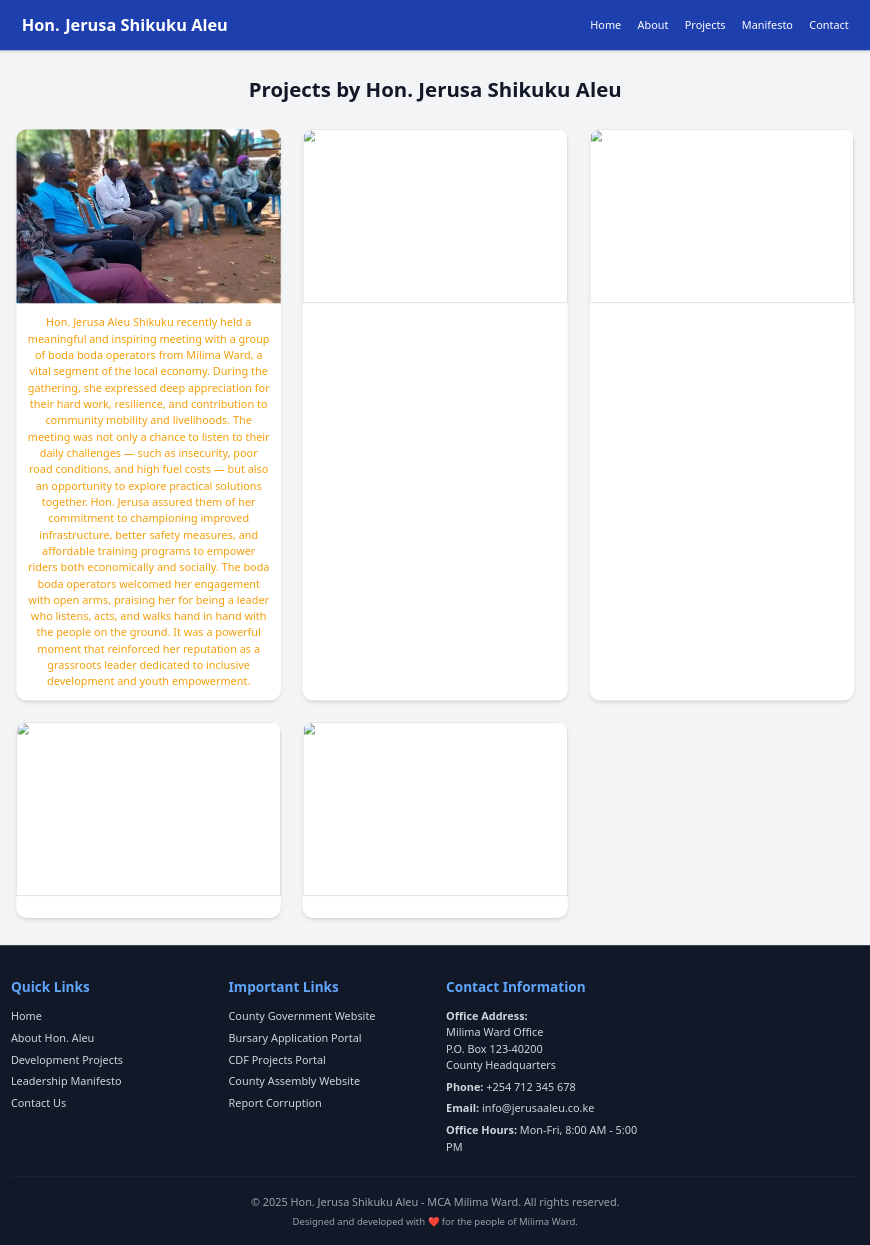
Repository: Engineer-collo/Hon_Jerusa_Shikuku_Aleu
Page: /projects
An editor plug-in stored every save of this project. The page is shown before and after a run of saves, followed by the edit.
The browser window is 1280 px wide. The pictures show the whole page, at 68% of full size.
The project was rebuilt for these pictures with package versions that can differ from the ones it lists, and the page was loaded fresh each time. Also part of the build but not shown: vite.config.js, src/Hero.jsx, src/Home.jsx, src/About.jsx, src/Manifesto.jsx, src/Contact.jsx.

Above is the page before, as saved 2025-07-18 17:19:27.

### index.html
<!DOCTYPE html>
<html lang="en">
<head>
  <meta charset="UTF-8">
  <meta name="viewport" content="width=device-width, initial-scale=1.0">
  <title>React Vite Starter</title>
</head>
<body class="bg-gray-100">
  <div id="root"></div>
  <script type="module" src="/src/main.jsx"></script>
</body>
</html>

### src/main.jsx
import React from 'react'
import ReactDOM from 'react-dom/client'
import './index.css'
import App from './App'

ReactDOM.createRoot(document.getElementById('root')).render(
  <React.StrictMode>
    <App />
  </React.StrictMode>,
)

### src/App.jsx
import React from 'react';
import { BrowserRouter as Router, Routes, Route } from 'react-router-dom';
import Footer from './Footer';
import Navbar from './Navbar';
import Homepage from './Home';
import About from './About';
import Projects from './Projects';
import Manifesto from './Manifesto';
import Contact from './Contact';

function App() {
  return (
    <Router>
      <div className="min-h-screen w-full overflow-x-hidden bg-gray-50 flex flex-col">
        <Navbar />
        <div className="flex-1 flex flex-col">
          <Routes>
            <Route path="/" element={<Homepage />} />
            <Route path="/about" element={<About />} />
            <Route path="/projects" element={<Projects />} />
            <Route path="/manifesto" element={<Manifesto />} />
            <Route path="/contact" element={<Contact />} />
          </Routes>
        </div>
        <Footer />
      </div>
    </Router>
  );
}

export default App;

### src/Footer.jsx
import React from 'react';
import { Link } from 'react-router-dom';

const Footer = () => {
  return (
    <footer className="bg-gray-900 text-white pt-12 pb-6 w-full">
      <div className="w-full px-4">
        <div className="grid grid-cols-1 md:grid-cols-2 lg:grid-cols-4 gap-8 w-full">


          {/* Quick Links */}
          <div>
            <h3 className="text-xl font-bold mb-4 text-blue-400">Quick Links</h3>
            <ul className="space-y-2">
              <li>
                <Link to="/" className="text-gray-300 hover:text-white transition-colors duration-300">
                  Home
                </Link>
              </li>
              <li>
                <Link to="/about" className="text-gray-300 hover:text-white transition-colors duration-300">
                  About Hon. Aleu
                </Link>
              </li>
              <li>
                <Link to="/projects" className="text-gray-300 hover:text-white transition-colors duration-300">
                  Development Projects
                </Link>
              </li>
              <li>
                <Link to="/manifesto" className="text-gray-300 hover:text-white transition-colors duration-300">
                  Leadership Manifesto
                </Link>
              </li>
              <li>
                <Link to="/contact" className="text-gray-300 hover:text-white transition-colors duration-300">
                  Contact Us
                </Link>
              </li>
            </ul>
          </div>

          {/* Important Links */}
          <div>
            <h3 className="text-xl font-bold mb-4 text-blue-400">Important Links</h3>
            <ul className="space-y-2">
              <li>
                <a href="#" className="text-gray-300 hover:text-white transition-colors duration-300">
                  County Government Website
                </a>
              </li>
              <li>
                <a href="#" className="text-gray-300 hover:text-white transition-colors duration-300">
                  Bursary Application Portal
                </a>
              </li>
              <li>
                <a href="#" className="text-gray-300 hover:text-white transition-colors duration-300">
                  CDF Projects Portal
                </a>
              </li>
              <li>
                <a href="#" className="text-gray-300 hover:text-white transition-colors duration-300">
                  County Assembly Website
                </a>
              </li>
              <li>
                <a href="#" className="text-gray-300 hover:text-white transition-colors duration-300">
                  Report Corruption
                </a>
              </li>
            </ul>
          </div>

          {/* Contact Info */}
          <div>
            <h3 className="text-xl font-bold mb-4 text-blue-400">Contact Information</h3>
            <address className="not-italic text-gray-300">
              <div className="mb-2">
                <strong>Office Address:</strong><br />
                Milima Ward Office<br />
                P.O. Box 123-40200<br />
                County Headquarters
              </div>
              <div className="mb-2">
                <strong>Phone:</strong> +254 712 345 678
              </div>
              <div className="mb-2">
                <strong>Email:</strong> info@jerusaaleu.co.ke
              </div>
              <div>
                <strong>Office Hours:</strong> Mon-Fri, 8:00 AM - 5:00 PM
              </div>
            </address>
          </div>
        </div>

        {/* Copyright */}
        <div className="border-t border-gray-800 mt-8 pt-6 text-center text-gray-400">
          <p>
            &copy; {new Date().getFullYear()} Hon. Jerusa Shikuku Aleu - MCA Milima Ward. All rights reserved.
          </p>
          <p className="mt-2 text-sm">
            Designed and developed with ❤️ for the people of Milima Ward.
          </p>
        </div>
      </div>
    </footer>
  );
};

export default Footer;

### src/Navbar.jsx
import React from 'react';
import { Link } from 'react-router-dom';

const Navbar = () => {
  return (
    <nav style={{
      backgroundColor: '#1e40af',
      color: 'white',
      padding: '1rem 2rem',
      display: 'flex',
      justifyContent: 'space-between',
      alignItems: 'center',
      boxShadow: '0 2px 4px rgba(0,0,0,0.1)',
      position: 'sticky',
      top: '0',
      zIndex: '100'
    }}>
      {/* Logo/Brand */}
      <div style={{
        display: 'flex',
        alignItems: 'center'
      }}>
        <Link to="/" style={{
          fontSize: '1.5rem',
          fontWeight: 'bold',
          color: 'white',
          textDecoration: 'none',
          display: 'flex',
          alignItems: 'center'
        }}>
          <span style={{ marginRight: '0.5rem' }}>Hon.</span>
          <span>Jerusa Shikuku Aleu</span>
        </Link>
      </div>

      {/* Mobile Menu Button (hidden on desktop) */}
      <button style={{
        display: 'none',
        backgroundColor: 'transparent',
        border: 'none',
        color: 'white',
        fontSize: '1.5rem',
        cursor: 'pointer'
      }}>
        ☰
      </button>

      {/* Navigation Links */}
      <div style={{
        display: 'flex',
        gap: '1.5rem'
      }}>
        <Link to="/" style={{
          color: 'white',
          textDecoration: 'none',
          fontWeight: '500',
          padding: '0.5rem 0',
          borderBottom: '2px solid transparent',
          transition: 'border-color 0.3s ease',
          ':hover': {
            borderBottom: '2px solid white'
          }
        }}>
          Home
        </Link>
        <Link to="/about" style={{
          color: 'white',
          textDecoration: 'none',
          fontWeight: '500',
          padding: '0.5rem 0',
          borderBottom: '2px solid transparent',
          transition: 'border-color 0.3s ease',
          ':hover': {
            borderBottom: '2px solid white'
          }
        }}>
          About
        </Link>
        <Link to="/projects" style={{
          color: 'white',
          textDecoration: 'none',
          fontWeight: '500',
          padding: '0.5rem 0',
          borderBottom: '2px solid transparent',
          transition: 'border-color 0.3s ease',
          ':hover': {
            borderBottom: '2px solid white'
          }
        }}>
          Projects
        </Link>
        <Link to="/manifesto" style={{
          color: 'white',
          textDecoration: 'none',
          fontWeight: '500',
          padding: '0.5rem 0',
          borderBottom: '2px solid transparent',
          transition: 'border-color 0.3s ease',
          ':hover': {
            borderBottom: '2px solid white'
          }
        }}>
          Manifesto
        </Link>
        <Link to="/contact" style={{
          color: 'white',
          textDecoration: 'none',
          fontWeight: '500',
          padding: '0.5rem 0',
          borderBottom: '2px solid transparent',
          transition: 'border-color 0.3s ease',
          ':hover': {
            borderBottom: '2px solid white'
          }
        }}>
          Contact
        </Link>
      </div>
    </nav>
  );
};

export default Navbar;

### src/Projects.jsx
import React from 'react';

const images = [
  {
    src: '/bodaboda.jpeg',
    description: 'Hon. Jerusa Aleu Shikuku recently held a meaningful and inspiring meeting with a group of boda boda operators from Milima Ward, a vital segment of the local economy. During the gathering, she expressed deep appreciation for their hard work, resilience, and contribution to community mobility and livelihoods. The meeting was not only a chance to listen to their daily challenges — such as insecurity, poor road conditions, and high fuel costs — but also an opportunity to explore practical solutions together. Hon. Jerusa assured them of her commitment to championing improved infrastructure, better safety measures, and affordable training programs to empower riders both economically and socially. The boda boda operators welcomed her engagement with open arms, praising her for being a leader who listens, acts, and walks hand in hand with the people on the ground. It was a powerful moment that reinforced her reputation as a grassroots leader dedicated to inclusive development and youth empowerment.',
  },
  {
    src: '',
    description: '',
  },
  {
    src: '',
    description: '',
  },
  {
    src: '',
    description: '',
  },
  {
    src: '',
    description: '',
  },
];

const ProjectImages = () => {
  return (
    <div className="min-h-screen px-6 py-10 bg-gray-100 dark:bg-gray-900 text-gray-900 dark:text-white">
      <h1 className="text-3xl font-bold text-center mb-10">Projects by Hon. Jerusa Shikuku Aleu </h1>
      <div className="grid grid-cols-1 sm:grid-cols-2 lg:grid-cols-3 gap-8">
        {images.map((img, index) => (
          <div
            key={index}
            className="bg-white dark:bg-gray-800 rounded-2xl shadow-md overflow-hidden"
          >
            <img
              src={img.src}
              alt={img.description}
              className="w-full h-64 object-cover"
            />
            <div className="p-4">
              <p className="text-center text-amber-500 font-medium">
                {img.description}
              </p>
            </div>
          </div>
        ))}
      </div>
    </div>
  );
};

export default ProjectImages;
















// import React from 'react';
// import { Helmet } from 'react-helmet';
// import { FaSchool, FaClinicMedical, FaRoad, FaTractor, FaFutbol, FaHandsHelping } from 'react-icons/fa';

// const Project = () => {
//   const projects = {
//     education: [
//       {
//         title: "Nabingenge Institute Classrooms",
//         description: "Constructed 4 new classrooms and renovated 2 existing ones at Nabingenge Institute, increasing student capacity by 40%",
//         location: "Nabingenge Village",
//         year: "2022",
//         status: "Completed"
//       },
//       {
//         title: "Milima Primary School Library",
//         description: "Established a modern library with 1,500 textbooks and reading materials for students",
//         location: "Milima Township",
//         year: "2021",
//         status: "Completed"
//       },
//       {
//         title: "ECD Centers Construction",
//         description: "Built 3 new Early Childhood Development centers across the ward with proper sanitation facilities",
//         location: "Kiburu, Cheptais, Nalondo",
//         year: "2023",
//         status: "Ongoing"
//       }
//     ],
//     healthcare: [
//       {
//         title: "Milima Dispensary Upgrade",
//         description: "Upgraded to a health center with maternity wing and laboratory services",
//         location: "Milima Township",
//         year: "2021",
//         status: "Completed"
//       },
//       {
//         title: "Mobile Clinic Program",
//         description: "Monthly mobile clinic serving remote areas with doctor consultations and free medicines",
//         location: "Various locations",
//         year: "2022-Present",
//         status: "Ongoing"
//       }
//     ],
//     infrastructure: [
//       {
//         title: "Mfupi to Mukuyuni Road",
//         description: "Graded and improved 8km road connecting 3 villages to the main highway",
//         location: "Mfupi to Mukuyuni",
//         year: "2024",
//         status: "Completed"
//       },
//       {
//         title: "Community Boreholes",
//         description: "Drilled 5 boreholes providing clean water to over 2,000 households",
//         location: "Cheptais, Nalondo, Kiburu",
//         year: "2023-2025",
//         status: "Completed"
//       },
//       {
//         title: "Market Shades Construction",
//         description: "Built 3 market shades with proper drainage and lighting for traders",
//         location: "Milima, Kiburu, Cheptais",
//         year: "2023",
//         status: "Ongoing"
//       }
//     ],
//     agriculture: [
//       {
//         title: "Dairy Cooperative Support",
//         description: "Established cooperative with 2 milk cooling plants serving 150 farmers",
//         location: "Milima Ward",
//         year: "2024",
//         status: "Completed"
//       },
//       {
//         title: "Seed & Fertilizer Subsidy",
//         description: "Provided subsidized farm inputs to 500 small-scale farmers annually",
//         location: "Ward-wide",
//         year: "2024-Present",
//         status: "Ongoing"
//       }
//     ],
//     sports: [
//       {
//         title: "Youth Talent Academy",
//         description: "Established football and volleyball academy with coaching and equipment",
//         location: "Milima Sports Ground",
//         year: "2022",
//         status: "Ongoing"
//       },
//       {
//         title: "Community Sports Kits",
//         description: "Distributed sports equipment to 10 youth groups across the ward",
//         location: "Various locations",
//         year: "2023",
//         status: "Completed"
//       }
//     ],
//     social: [
//       {
//         title: "Women Empowerment Fund",
//         description: "Disbursed Ksh 2.5 million in grants to 50 women groups for small businesses",
//         location: "Ward-wide",
//         year: "2021-2023",
//         status: "Ongoing"
//       },
//       {
//         title: "Elderly Support Program",
//         description: "Monthly food packages and medical support for 100 elderly citizens",
//         location: "Ward-wide",
//         year: "2022-Present",
//         status: "Ongoing"
//       }
//     ]
//   };

//   const ProjectCard = ({ project }) => (
//     <div className="bg-white rounded-lg shadow-md overflow-hidden border border-gray-200 hover:shadow-lg transition-shadow duration-300">
//       <div className="p-6">
//         <div className="flex justify-between items-start mb-3">
//           <h3 className="text-lg font-semibold text-gray-800">{project.title}</h3>
//           <span className={`text-xs px-2 py-1 rounded-full ${
//             project.status === 'Completed' ? 'bg-green-100 text-green-800' : 'bg-blue-100 text-blue-800'
//           }`}>
//             {project.status}
//           </span>
//         </div>
//         <p className="text-gray-600 mb-4">{project.description}</p>
//         <div className="flex items-center text-sm text-gray-500 mb-1">
//           <svg className="w-4 h-4 mr-1" fill="none" stroke="currentColor" viewBox="0 0 24 24">
//             <path strokeLinecap="round" strokeLinejoin="round" strokeWidth={2} d="M17.657 16.657L13.414 20.9a1.998 1.998 0 01-2.827 0l-4.244-4.243a8 8 0 1111.314 0z" />
//             <path strokeLinecap="round" strokeLinejoin="round" strokeWidth={2} d="M15 11a3 3 0 11-6 0 3 3 0 016 0z" />
//           </svg>
//           {project.location}
//         </div>
//         <div className="text-sm text-gray-500">
//           <svg className="w-4 h-4 mr-1 inline" fill="none" stroke="currentColor" viewBox="0 0 24 24">
//             <path strokeLinecap="round" strokeLinejoin="round" strokeWidth={2} d="M8 7V3m8 4V3m-9 8h10M5 21h14a2 2 0 002-2V7a2 2 0 00-2-2H5a2 2 0 00-2 2v12a2 2 0 002 2z" />
//           </svg>
//           {project.year}
//         </div>
//       </div>
//     </div>
//   );

//   const SectionHeader = ({ icon, title }) => (
//     <div className="flex items-center mb-6">
//       <div className="mr-4 p-3 rounded-full bg-gray-100 text-gray-700">
//         {icon}
//       </div>
//       <h2 className="text-2xl font-bold text-gray-800">{title}</h2>
//     </div>
//   );

//   return (
//     <div className="min-h-screen bg-gray-50 py-12 px-4 sm:px-6 lg:px-8">
//       <div className="max-w-6xl mx-auto">
//         {/* Page Header */}
//         <div className="text-center mb-16">
//           <h1 className="text-3xl sm:text-4xl font-bold text-gray-900 mb-4">
//             Development Projects
//           </h1>
//           <Helmet>
//             <title>Development Projects | Milima Ward</title>
//             <meta name="description" content="Explore development, education, healthcare, infrastructure, agriculture, sports, and social support projects in Milima Ward." />
//             <meta name="keywords" content="Milima Ward, Projects, Development, Education, Healthcare, Infrastructure, Agriculture, Sports, Social Support, Bungoma County" />
//             <meta name="author" content="Hon. Jerusa Shikuku Aleu" />
//             <meta property="og:title" content="Development Projects | Milima Ward" />
//             <meta property="og:description" content="Comprehensive list of completed and ongoing projects in Milima Ward by Hon. Jerusa Shikuku Aleu." />
//             <meta property="og:type" content="website" />
//           </Helmet>
//           <div className="w-24 h-1 bg-gray-300 mx-auto mb-6"></div>
//           <p className="text-lg text-gray-600 max-w-3xl mx-auto">
//             Hon. Jerusa Shikuku Aleu's tangible contributions to Milima Ward through completed and ongoing development projects
//           </p>
//         </div>

//         {/* Education Projects */}
//         <div className="mb-16">
//           <SectionHeader icon={<FaSchool className="text-xl" />} title="Education Projects" />
//           <div className="grid grid-cols-1 md:grid-cols-2 lg:grid-cols-3 gap-6">
//             {projects.education.map((project, index) => (
//               <ProjectCard key={`edu-${index}`} project={project} />
//             ))}
//           </div>
//         </div>

//         {/* Healthcare Projects */}
//         <div className="mb-16">
//           <SectionHeader icon={<FaClinicMedical className="text-xl" />} title="Healthcare Projects" />
//           <div className="grid grid-cols-1 md:grid-cols-2 lg:grid-cols-3 gap-6">
//             {projects.healthcare.map((project, index) => (
//               <ProjectCard key={`health-${index}`} project={project} />
//             ))}
//           </div>
//         </div>

//         {/* Infrastructure Projects */}
//         <div className="mb-16">
//           <SectionHeader icon={<FaRoad className="text-xl" />} title="Infrastructure Projects" />
//           <div className="grid grid-cols-1 md:grid-cols-2 lg:grid-cols-3 gap-6">
//             {projects.infrastructure.map((project, index) => (
//               <ProjectCard key={`infra-${index}`} project={project} />
//             ))}
//           </div>
//         </div>

//         {/* Agriculture Projects */}
//         <div className="mb-16">
//           <SectionHeader icon={<FaTractor className="text-xl" />} title="Agriculture Projects" />
//           <div className="grid grid-cols-1 md:grid-cols-2 lg:grid-cols-3 gap-6">
//             {projects.agriculture.map((project, index) => (
//               <ProjectCard key={`agri-${index}`} project={project} />
//             ))}
//           </div>
//         </div>

//         {/* Sports Projects */}
//         <div className="mb-16">
//           <SectionHeader icon={<FaFutbol className="text-xl" />} title="Sports & Talent Development" />
//           <div className="grid grid-cols-1 md:grid-cols-2 lg:grid-cols-3 gap-6">
//             {projects.sports.map((project, index) => (
//               <ProjectCard key={`sports-${index}`} project={project} />
//             ))}
//           </div>
//         </div>

//         {/* Social Projects */}
//         <div className="mb-16">
//           <SectionHeader icon={<FaHandsHelping className="text-xl" />} title="Social Support Programs" />
//           <div className="grid grid-cols-1 md:grid-cols-2 lg:grid-cols-3 gap-6">
//             {projects.social.map((project, index) => (
//               <ProjectCard key={`social-${index}`} project={project} />
//             ))}
//           </div>
//         </div>

//         {/* Project Summary */}
//         <div className="bg-white p-8 rounded-lg shadow-sm border border-gray-200">
//           <h2 className="text-xl font-semibold mb-4 text-gray-800">Project Impact Summary</h2>
//           <div className="grid grid-cols-2 md:grid-cols-4 gap-4 text-center">
//             <div className="p-4 border border-gray-200 rounded-lg">
//               <div className="text-2xl font-bold text-blue-600">15+</div>
//               <div className="text-sm text-gray-600">Education Projects</div>
//             </div>
//             <div className="p-4 border border-gray-200 rounded-lg">
//               <div className="text-2xl font-bold text-blue-600">5,000+</div>
//               <div className="text-sm text-gray-600">Beneficiaries</div>
//             </div>
//             <div className="p-4 border border-gray-200 rounded-lg">
//               <div className="text-2xl font-bold text-blue-600">8</div>
//               <div className="text-sm text-gray-600">Villages Reached</div>
//             </div>
//             <div className="p-4 border border-gray-200 rounded-lg">
//               <div className="text-2xl font-bold text-blue-600">Ksh 25M+</div>
//               <div className="text-sm text-gray-600">Invested</div>
//             </div>
//           </div>
//         </div>
//       </div>
//     </div>
//   );
// };

// export default Project;

Loaded but not shown: src/index.css (common file); tailwind.config.js (common file)

After the next 2 saves:
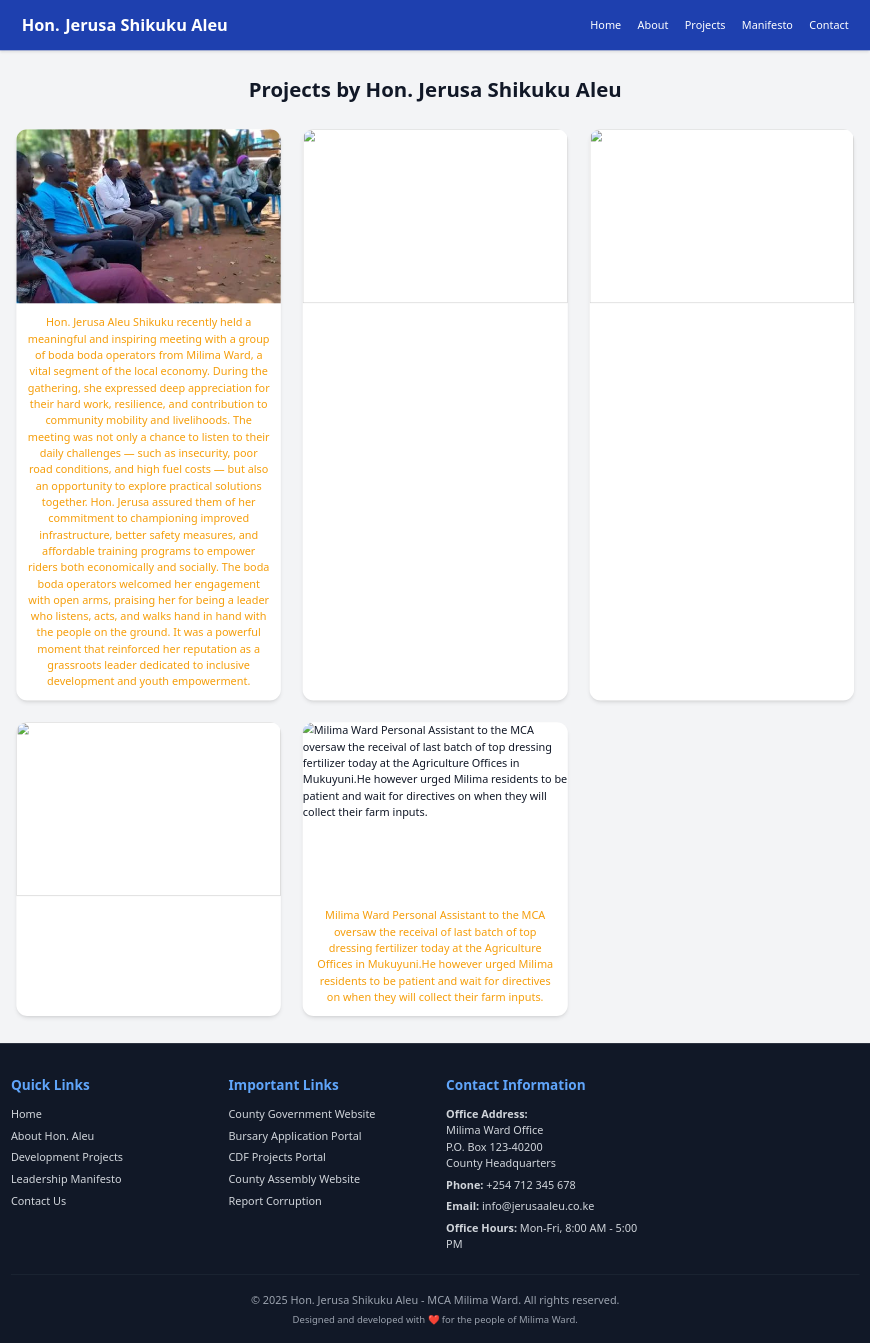
The 2 saves are shown as one change because 1 did not build or start.
The last was saved 83 s later.
--- a/src/Projects.jsx
+++ b/src/Projects.jsx
@@ -19,7 +19,7 @@ const images = [
   },
   {
     src: '',
-    description: '',
+    description: 'Milima Ward Personal Assistant to the MCA oversaw the receival of last batch of top dressing fertilizer today at the Agriculture Offices in Mukuyuni.He however urged Milima residents to be patient and wait for directives on when they will collect their farm inputs.',
   },
 ];
 
